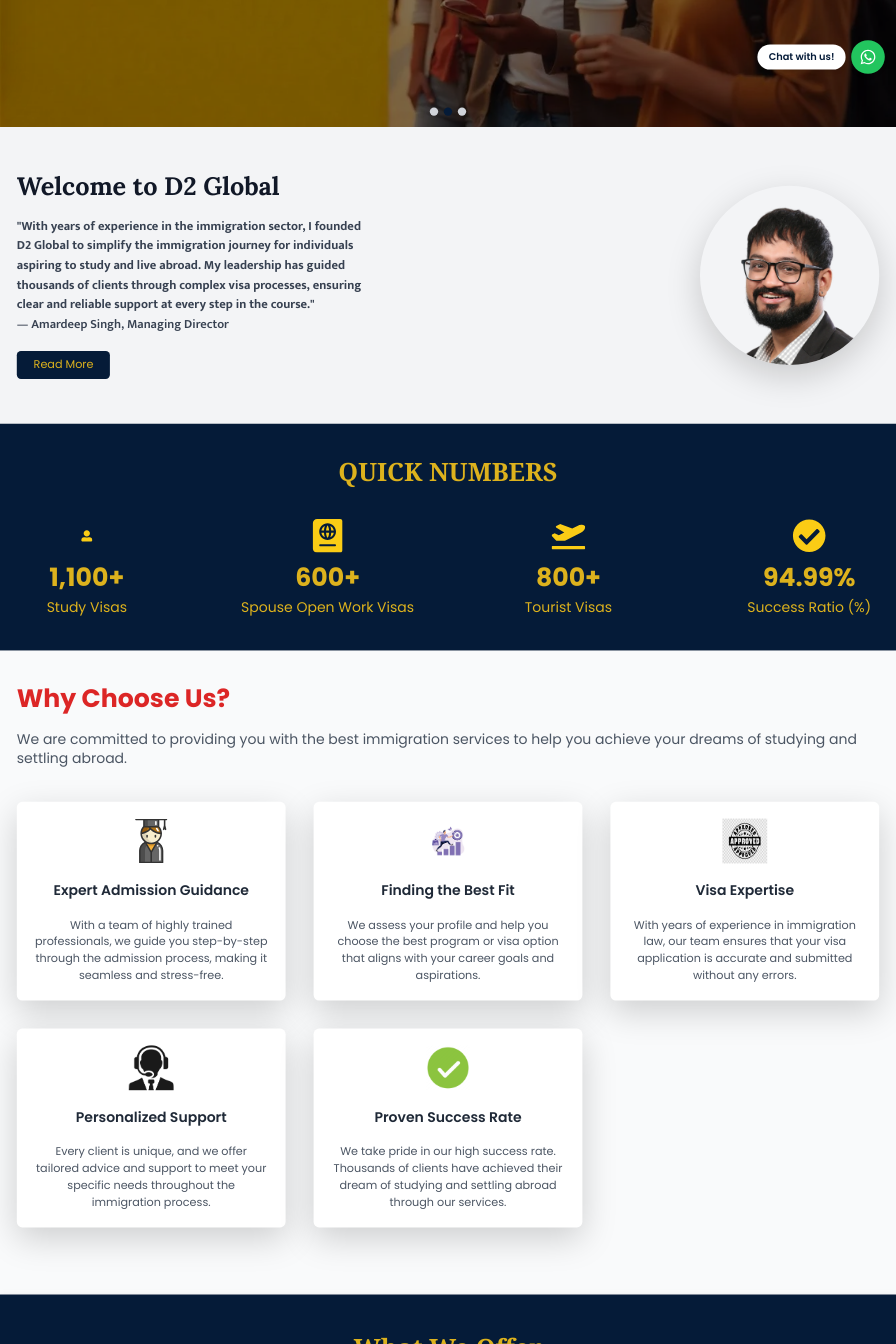
Repository: abhijeets54/d2globalbackup
Page: /
The author's editor kept a copy of each file at every save. The page is drawn from the files as they stood at one save, then again after the next save.
The browser window is 1280 px wide. The pictures show the part of the page from y = 599 to 2519 px (the page is 5726 px tall before and 5754 px after), at 70% of full size.
Some web fonts or font styles are not loaded; a fallback is used. The project was rebuilt for these pictures with package versions that can differ from the ones it lists, and the page was loaded fresh each time. Also part of the build but not shown: vite.config.js, src/components/Logo.jsx, src/components/Button.jsx, src/components/PostCard.jsx, src/components/Input.jsx, src/components/WhatPeopleAreSaying.jsx, src/components/PassportServiceSlider.jsx, src/components/Register.jsx and 25 more.

Above is the page before, as saved 2024-10-22 13:57:45.

### index.html
<!doctype html>
<html lang="en">
  <head>
    <meta charset="UTF-8" />
    <link rel="icon" type="image/svg+xml" href="/logo.png" />
    <meta name="viewport" content="width=device-width, initial-scale=1.0" />
    <link href="https://fonts.googleapis.com/css2?family=Gothic+A1&family=Inconsolata:wght@200..900&family=Mukta:wght@200;300;400;500;600;700;800&family=Poppins:ital,wght@0,100;0,200;0,300;0,400;0,500;0,600;0,700;0,800;0,900;1,100;1,200;1,300;1,400;1,500;1,600;1,700;1,800;1,900&display=swap" rel="stylesheet">
    <link rel="preconnect" href="https://fonts.googleapis.com">
<link rel="preconnect" href="https://fonts.gstatic.com" crossorigin>
<link href="https://fonts.googleapis.com/css2?family=Lora:ital,wght@0,400..700;1,400..700&family=Merriweather:ital,wght@0,300;0,400;0,700;0,900;1,300;1,400;1,700;1,900&family=Open+Sans:ital,wght@0,300..800;1,300..800&family=Playfair+Display:ital,wght@0,400..900;1,400..900&display=swap" rel="stylesheet">
    <link rel="preconnect" href="https://fonts.googleapis.com">
<link rel="preconnect" href="https://fonts.gstatic.com" crossorigin>
<link href="https://fonts.googleapis.com/css2?family=Lora:ital,wght@0,400..700;1,400..700&family=Merriweather:ital,wght@0,300;0,400;0,700;0,900;1,300;1,400;1,700;1,900&family=Open+Sans:ital,wght@0,300..800;1,300..800&display=swap" rel="stylesheet">
    <link rel="preconnect" href="https://fonts.googleapis.com">
<link rel="preconnect" href="https://fonts.gstatic.com" crossorigin>
<link href="https://fonts.googleapis.com/css2?family=Merriweather:ital,wght@0,300;0,400;0,700;0,900;1,300;1,400;1,700;1,900&display=swap" rel="stylesheet">
    <link href="https://cdn.jsdelivr.net/npm/bootstrap@5.3.3/dist/css/bootstrap.min.css" rel="stylesheet" integrity="sha384-QWTKZyjpPEjISv5WaRU9OFeRpok6YctnYmDr5pNlyT2bRjXh0JMhjY6hW+ALEwIH" crossorigin="anonymous">
    <link
  rel="stylesheet"
  href="https://cdnjs.cloudflare.com/ajax/libs/font-awesome/5.15.3/css/all.min.css"
/>
    <title>D2 Global</title>
  </head>
  <body class="bg-slate-400">
    <div id="root"></div>
    <script src="https://cdn.jsdelivr.net/npm/bootstrap@5.3.3/dist/js/bootstrap.bundle.min.js" integrity="sha384-YvpcrYf0tY3lHB60NNkmXc5s9fDVZLESaAA55NDzOxhy9GkcIdslK1eN7N6jIeHz" crossorigin="anonymous"></script>
    <script type="module" src="/src/main.jsx"></script>
  </body>
</html>

### src/main.jsx
import React from 'react';
import ReactDOM from 'react-dom/client';
import { RouterProvider, createBrowserRouter } from 'react-router-dom';
import App from './App.jsx';
import './index.css';
import Home from './pages/Home.jsx';
import About from './components/About.jsx';
import Layout from './components/Layout.jsx';
import AboutUs from './pages/AboutUs.jsx';
import StudyUK from './pages/StudyUK.jsx';
import StudyAus from './pages/StudyAus.jsx';
import StudyCan from './pages/StudyCan.jsx';
import StudyNz from './pages/StudyNz.jsx';
import StudyUSA from './pages/StudyUSA.jsx';
import StudyEurope from './pages/StudyEurope.jsx';
import StudyDubai from './pages/StudyDubai.jsx';
import StudyAbroad from './pages/StudyAbroad.jsx';
import Training from './pages/Training.jsx';
import TouristVisa from './pages/TouristVisa.jsx';
import WorkVisa from './pages/WorkVisa.jsx';
import VisitorVisa from './pages/VisitorVisa.jsx';
import Contactpage from './pages/Contactpage.jsx';
import PR from './pages/PR.jsx';
import IELTSCoaching from './pages/IELTSCoaching.jsx';
import PTECoaching from './pages/PTECoaching.jsx';
import SuccessStories from './pages/SuccessStories.jsx';

const router = createBrowserRouter([
  {
    path: '/',
    element: <App />,
    children: [
      {
        element: <Layout />,
        children: [
          { path: '/', element: <Home /> },
          { path: '/About', element: <About />},
          { path: '/AboutUs', element: <AboutUs />},
          { path: '/StudyUK', element: <StudyUK /> },
          { path: '/StudyAus', element: <StudyAus /> },
          { path: '/StudyAbroad', element: <StudyAbroad /> },
          { path: '/Training', element: <Training /> },
          { path: '/SuccessStories', element: <SuccessStories /> },
          { path: '/StudyUSA', element: <StudyUSA /> },
          { path: '/Contactpage', element: <Contactpage /> },
          { path: '/IELTSCoaching', element: <IELTSCoaching /> },
          { path: '/PTECoaching', element: <PTECoaching /> },
          { path: '/PR', element: <PR /> },
          { path: '/WorkVisa', element: <WorkVisa /> },
          { path: '/StudyEurope', element: <StudyEurope /> },
          { path: '/StudyDubai', element: <StudyDubai /> },
          { path: '/TouristVisa', element: <TouristVisa /> },
          { path: '/VisitorVisa', element: <VisitorVisa /> },
          { path: '/StudyCan', element: <StudyCan /> },
          { path: '/StudyNz', element: <StudyNz /> },
        ],
      },
    ],
  },
]);

ReactDOM.createRoot(document.getElementById('root')).render(
  <React.StrictMode>
    <RouterProvider router={router} />
  </React.StrictMode>
);

### src/App.jsx
import React, { useState, useEffect } from 'react'
import './App.css'
import { Footer, Header } from './components'
import { Outlet } from 'react-router-dom'


function App() {
  const [loading, setLoading] = useState(false)

  return !loading ? (
    <div className='min-h-screen flex flex-wrap content-between bg-gray-400'>
      <div className='w-full block'>
        <Header />
        <main>
        <Outlet />
        </main>
        <Footer />
      </div>
    </div>
  ) : null
}

export default App

### src/pages/Home.jsx
import React, { useState } from 'react';
import { useNavigate } from 'react-router-dom';
import Collage from '../components/Collage';
import OurAssociates from '../components/OurAssociates';
import QuickNumbers from '../components/QuickNumbers';
import WhatPeopleAreSaying from '../components/WhatPeopleAreSaying';
import PassportServiceSlider from '../components/PassportServiceSlider';
import Register from '../components/Register';
import ContactSystem from '../components/ContactSystem';
import About from '../components/About';
import Offer from '../components/Offer';
import Countries from '../components/Countries';
import PopupForm from '../components/PopupForm';
import Events from '../components/Events';
import QuickEnquiry from '../components/ContactUs/QuickEnquiry';
import Choose from '../components/Choose';
import People from '../components/People';
import CollageWithAnimations from '../components/CollageWithAnimations';
import ResultsSlideshow from '../components/Results';
function Home() {
  const navigate = useNavigate();
  const [showFullText, setShowFullText] = useState(false);

  const handleReadMore = () => {
    navigate('/About');
  };

  const handleMoreAboutUs = () => {
    setShowFullText(!showFullText);
  };

  return (
    <>

   {/* <CollageWithAnimations/> */}
   {/* <PassportServiceSlider/> */}
      {/* <PopupForm /> */}
      <QuickEnquiry />
      <Collage />

        <About />
        {/* <People/> */}
        <QuickNumbers />
        <Choose/>
        <Offer />

        {/* <Timeline /> */}



            <Countries />


            <OurAssociates />
            {/* <ResultsSlideshow/>
          <WhatPeopleAreSaying /> */}

          {/* <Events /> */}

          {/* <Register /> */}
          <ContactSystem/>


    </>
  );
}

export default Home;

### src/components/About.jsx
import React, { useEffect, useState, useRef } from 'react';
import { useNavigate } from 'react-router-dom';

const About = () => {
  const [slideIn, setSlideIn] = useState(false);
  const aboutSectionRef = useRef(null);
  const navigate = useNavigate();

  useEffect(() => {
    const observer = new IntersectionObserver(
      (entries) => {
        entries.forEach((entry) => {
          if (entry.isIntersecting) {
            setSlideIn(true);
          }
        });
      },
      {
        threshold: 0.3,
      }
    );

    if (aboutSectionRef.current) {
      observer.observe(aboutSectionRef.current);
    }

    return () => {
      if (aboutSectionRef.current) {
        observer.unobserve(aboutSectionRef.current);
      }
    };
  }, []);

  const handleReadMore = () => {
    navigate('/AboutUs');
  };

  return (
    <div ref={aboutSectionRef} className="flex items-center justify-center bg-gray-100 py-12 md:py-16">
      <div className="container mx-auto flex flex-col md:flex-row items-center justify-between px-4">

        {/* Sliding Text Content */}
        <div
          className={`transform transition-transform duration-1000 ${slideIn ? 'translate-x-0' : '-translate-x-full'} mt-8 md:mt-0 md:mr-10 max-w-lg text-left md:text-left`}
        >
          <h2 className="text-3xl md:text-4xl font-bold mb-4 text-gray-900 font-lora">Welcome to D2 Global</h2> {/* Use custom font here */}
          <p className="text-base font-bold md:text-lg text-gray-700 font-mukta">
            "With years of experience in the immigration sector, I founded D2 Global to simplify the immigration journey for individuals aspiring to study and live abroad. My leadership has guided thousands of clients through complex visa processes, ensuring clear and reliable support at every step in the course."
            <br />
            <span className="font-semibold">— Amardeep Singh, Managing Director</span>
          </p>

          {/* Read More Button */}
          <button
            onClick={handleReadMore}
            className="mt-4 inline-block bg-customBlue text-customYellow px-6 py-2 rounded-md hover:bg-blue-600 transition-colors duration-300"
          >
            Read More
          </button>
        </div>

        {/* Sliding Image */}
        <div
          className={`transform transition-transform duration-1000 ${slideIn ? 'translate-x-0' : 'translate-x-full'} mt-8 md:mt-0`}
        >
          <img
            src="amar.webp"
            alt="Amardeep Singh, Managing Director of D2 Global" // More descriptive alt text
            className="rounded-full shadow-lg w-48 h-48 md:w-64 md:h-64 object-cover object-top mx-auto md:mx-0"
            style={{ objectPosition: 'top center' }} // This will center the face more
          />
        </div>
      </div>
    </div>
  );
};

export default About;

### src/components/Layout.jsx
// src/components/Layout.jsx
import React from 'react';
import { Outlet, useNavigate } from 'react-router-dom';

const Layout = () => {
  const navigate = useNavigate();

  const handleDonateClick = () => {
    navigate('/Donate');
  };

  return (
    <div>
      <Outlet />
      {/* <a
        href="#top"
        className="fixed right-2 bottom-16 bg-blue-950 text-white hover:bg-yellow-500 py-1 px-2 rounded-2 h-8 w-10 mt-2"
        style={{ zIndex: 1000 }}
      >
        <img src="../../IOC Website pictures/icons8-top-50.png" alt="Go to top " />
      </a> */}
    </div>
  );
};

export default Layout;

### src/components/OurAssociates.jsx
import React from 'react';
import 'tailwindcss/tailwind.css';

const logos = [
  '/oxford.webp',
  '/regent.webp',
  '/webster.webp',
  '/avila.svg',
  '/iau.webp',
  '/bcnlip.webp',
  '/camino.webp',
  '/ihmgs.webp',
  '/uclan.webp',
  '/aura.webp',
  '/lyon.webp'
];

function OurAssociates() {
  return (
    <div className="bg-white py-10"> {/* Reduced padding */}
      <h4 className="text-center text-blue-950 mt-3 text-3xl sm:text-4xl lg:text-5xl font-semibold">
        OUR PARTNERS
      </h4>
      <br />
      <div className="overflow-hidden relative">
        <div className="flex animate-scroll space-x-6 sm:space-x-8 lg:space-x-10">
          {/* Duplicating logos to create seamless infinite scroll */}
          {logos.concat(logos).map((logo, index) => (
            <div key={index} className="flex-shrink-0">
              <img
                src={logo}
                alt={`Logo ${index + 1}`}
                className="h-20 w-20 sm:h-28 sm:w-28 lg:h-36 lg:w-36 object-contain"
              />
            </div>
          ))}
        </div>
      </div>
      {/* Adding additional space at the bottom */}
      <div className="mt-10"></div>
    </div>
  );
}

export default OurAssociates;

### src/components/QuickNumbers.jsx
import React, { useEffect, useState, useRef } from 'react';
import CountUp from 'react-countup';
import { FaUserAlt, FaPassport, FaPlaneDeparture, FaCheckCircle } from 'react-icons/fa';
import 'tailwindcss/tailwind.css';

const data = [
  {
    icon: <FaUserAlt className="h-12 w-12++ text-yellow-400 mb-2" />,
    number: 1100,
    label: 'Study Visas'
  },
  {
    icon: <FaPassport className="h-12 w-12 text-yellow-400 mb-2" />,
    number: 600,
    label: 'Spouse Open Work Visas'
  },
  {
    icon: <FaPlaneDeparture className="h-12 w-12 text-yellow-400 mb-2" />,
    number: 800,
    label: 'Tourist Visas'
  },
  {
    icon: <FaCheckCircle className="h-12 w-12 text-yellow-400 mb-2" />,
    number: 95,
    label: 'Success Ratio (%)',
    isDecimal: true,
  }
];

function QuickNumbers() {
  const [showCounts, setShowCounts] = useState(false);
  const quickNumbersRef = useRef(null);

  useEffect(() => {
    const observer = new IntersectionObserver(
      (entries) => {
        if (entries[0].isIntersecting) {
          setShowCounts(true);
        }
      },
      { threshold: 0.2 }
    );

    if (quickNumbersRef.current) {
      observer.observe(quickNumbersRef.current);
    }

    return () => {
      if (quickNumbersRef.current) {
        observer.unobserve(quickNumbersRef.current);
      }
    };
  }, []);

  return (
    <div ref={quickNumbersRef} className="bg-customBlue  w-full">
      <h2 className="text-center text-2xl sm:text-4xl font-serif font-extrabold text-customYellow pt-5 mb-8">
        QUICK NUMBERS
      </h2>

      {/* Responsive Grid Layout */}
      <div className="grid grid-cols-1 sm:grid-cols-2 lg:grid-cols-4 gap-8 lg:gap-24 mt-5 pb-5">
        {data.map((item, index) => (
          <div key={index} className="text-center text-customYellow flex flex-col items-center">
            <div className="quicknumber flex flex-col justify-center items-center">
              <div className="icon mb-2">{item.icon}</div>
              <h3 className="text-2xl sm:text-4xl font-bold">
                {showCounts && (
                  <CountUp
                    end={item.number}
                    duration={7}
                    decimals={item.isDecimal ? 2 : 0}
                    suffix={item.isDecimal ? "%" : "+"}
                  />
                )}
              </h3>
              <p className="mt-2 text-base sm:text-xl">{item.label}</p>
            </div>
          </div>
        ))}
      </div>
    </div>
  );
}

export default QuickNumbers;

### src/components/Offer.jsx
import React from 'react';
import { Link } from 'react-router-dom';
import 'tailwindcss/tailwind.css';

function Offer() {
  const studyAbroadImageUrl = '/student.webp'; // Update with actual image URL
  const ieltsPteImageUrl = '/ielts3.webp'; // Update with actual image URL
  const touristVisaImageUrl = '/tourist.webp'; // Update with actual image URL

  return (
    <div className="mx-auto bg-customBlue
    0 p-6 md:p-10 shadow">
      <h4 className="text-center text-customBlue mt-3 text-xl"></h4>
      <h2 className="text-center text-3xl font-serif  text-customYellow sm:text-4xl mt-3  font-extrabold mb-10 md:mb-16">What We Offer</h2>

      <div className="grid grid-cols-1 sm:grid-cols-2 md:grid-cols-3 gap-6">
        {/* First card: Study Abroad */}
        <div className="col cursor-pointer transform transition-transform hover:scale-105">
          <Link to="/StudyAbroad">
            <div className="card h-full bg-white rounded-lg shadow overflow-hidden">
              <img
                src={studyAbroadImageUrl}
                className="w-full h-52 sm:h-64 md:h-72 object-cover"
                alt="Study Abroad"
              />
              <div className="p-4">
                <h5 className="text-center text-lg sm:text-xl font-bold">Study Abroad</h5>
              </div>
            </div>
          </Link>
        </div>

        {/* Second card: IELTS/PTE */}
        <div className="col cursor-pointer transform transition-transform hover:scale-105">
          <Link to="/Training">
            <div className="card h-full bg-white rounded-lg shadow overflow-hidden">
              <img
                src={ieltsPteImageUrl}
                className="w-full h-52 sm:h-64 md:h-72 object-cover"
                alt="IELTS/PTE"
              />
              <div className="p-4">
                <h5 className="text-center text-lg sm:text-xl font-bold">Language Coaching</h5>
              </div>
            </div>
          </Link>
        </div>

        {/* Third card: Tourist Visa */}
        <div className="col cursor-pointer transform transition-transform hover:scale-105">
          <Link to="/TouristVisa">
            <div className="card h-full bg-white rounded-lg shadow overflow-hidden">
              <img
                src={touristVisaImageUrl}
                className="w-full h-52 sm:h-64 md:h-72 object-cover"
                alt="Tourist Visa"
              />
              <div className="p-4">
                <h5 className="text-center text-lg sm:text-xl font-bold">Tourist Visa</h5>
              </div>
            </div>
          </Link>
        </div>
      </div>
    </div>
  );
}

export default Offer;

### src/components/container/Container.jsx
import React from 'react'

function Container({ children }) {
  return <div className='w-full'>{children}</div>
}

export default Container

Loaded but not shown: tailwind.config.js (53 lines, source omitted); src/components/index.js (19 lines, source omitted); src/components/ContactSystem.jsx (260 lines, source omitted); src/components/Header/Header.jsx (248 lines, source omitted); src/components/ContactUs/QuickEnquiry.jsx (178 lines, source omitted); src/components/Countries.jsx (133 lines, source omitted); src/components/Collage.jsx (159 lines, source omitted); src/components/Choose.jsx (155 lines, source omitted); src/App.css (212 lines, source omitted); src/index.css (166 lines, source omitted); src/components/ContactUs/ContactUs.jsx (68 lines, source omitted)

After the next save:
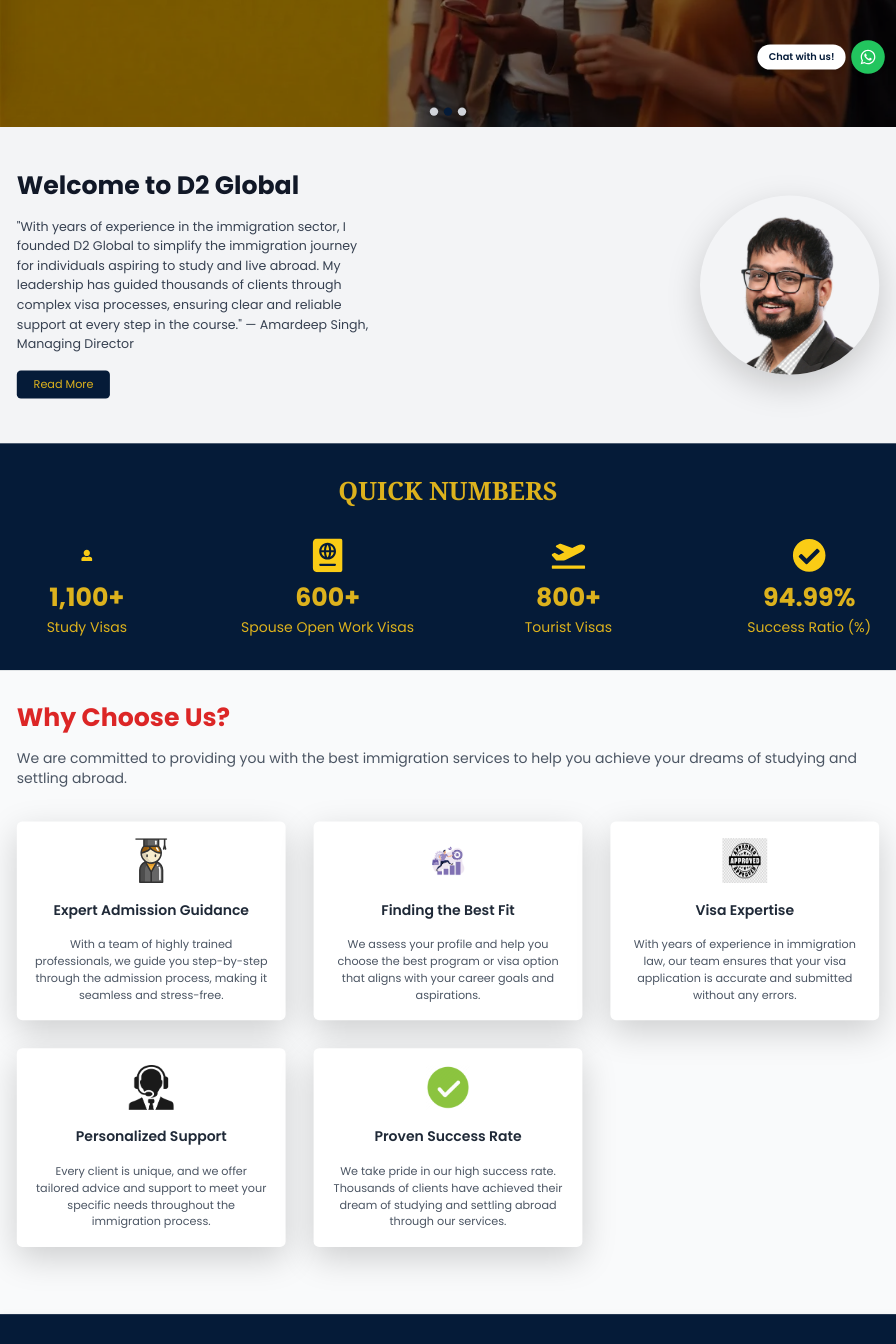
Saved 32 s later.
--- a/src/components/About.jsx
+++ b/src/components/About.jsx
@@ -41,13 +41,15 @@
 
         {/* Sliding Text Content */}
         <div
-          className={`transform transition-transform duration-1000 ${slideIn ? 'translate-x-0' : '-translate-x-full'} mt-8 md:mt-0 md:mr-10 max-w-lg text-left md:text-left`}
+          className={`transform transition-transform duration-1000 ${
+            slideIn ? 'translate-x-0' : '-translate-x-full'
+          } mt-8 md:mt-0 md:mr-10 max-w-lg text-left md:text-left`}
         >
-          <h2 className="text-3xl md:text-4xl font-bold mb-4 text-gray-900 font-lora">Welcome to D2 Global</h2> {/* Use custom font here */}
-          <p className="text-base font-bold md:text-lg text-gray-700 font-mukta">
-            "With years of experience in the immigration sector, I founded D2 Global to simplify the immigration journey for individuals aspiring to study and live abroad. My leadership has guided thousands of clients through complex visa processes, ensuring clear and reliable support at every step in the course."
-            <br />
-            <span className="font-semibold">— Amardeep Singh, Managing Director</span>
+          <h2 className="text-3xl md:text-4xl  font-bold mb-4 text-gray-900">Welcome to D2 Global</h2>
+          <p className="text-base md:text-lg text-gray-700">
+          "With years of experience in the immigration sector, I founded D2 Global to simplify the immigration journey for individuals aspiring to study and live abroad. My leadership has guided thousands of clients through complex visa processes, ensuring clear and reliable support at every step in the course."
+
+— Amardeep Singh, Managing Director
           </p>
 
           {/* Read More Button */}
@@ -59,17 +61,21 @@
           </button>
         </div>
 
-        {/* Sliding Image */}
-        <div
-          className={`transform transition-transform duration-1000 ${slideIn ? 'translate-x-0' : 'translate-x-full'} mt-8 md:mt-0`}
-        >
-          <img
-            src="amar.webp"
-            alt="Amardeep Singh, Managing Director of D2 Global" // More descriptive alt text
-            className="rounded-full shadow-lg w-48 h-48 md:w-64 md:h-64 object-cover object-top mx-auto md:mx-0"
-            style={{ objectPosition: 'top center' }} // This will center the face more
-          />
-        </div>
+      {/* Sliding Image */}
+<div
+  className={`transform transition-transform duration-1000 ${
+    slideIn ? 'translate-x-0' : 'translate-x-full'
+  } mt-8 md:mt-0`}
+>
+  <img
+    src="amar.webp"
+    alt="Profile"
+    className="rounded-full shadow-lg w-48 h-48 md:w-64 md:h-64 object-cover object-top mx-auto md:mx-0"
+    style={{ objectPosition: 'top center' }} // This will center the face more
+  />
+</div>
+
+
       </div>
     </div>
   );
